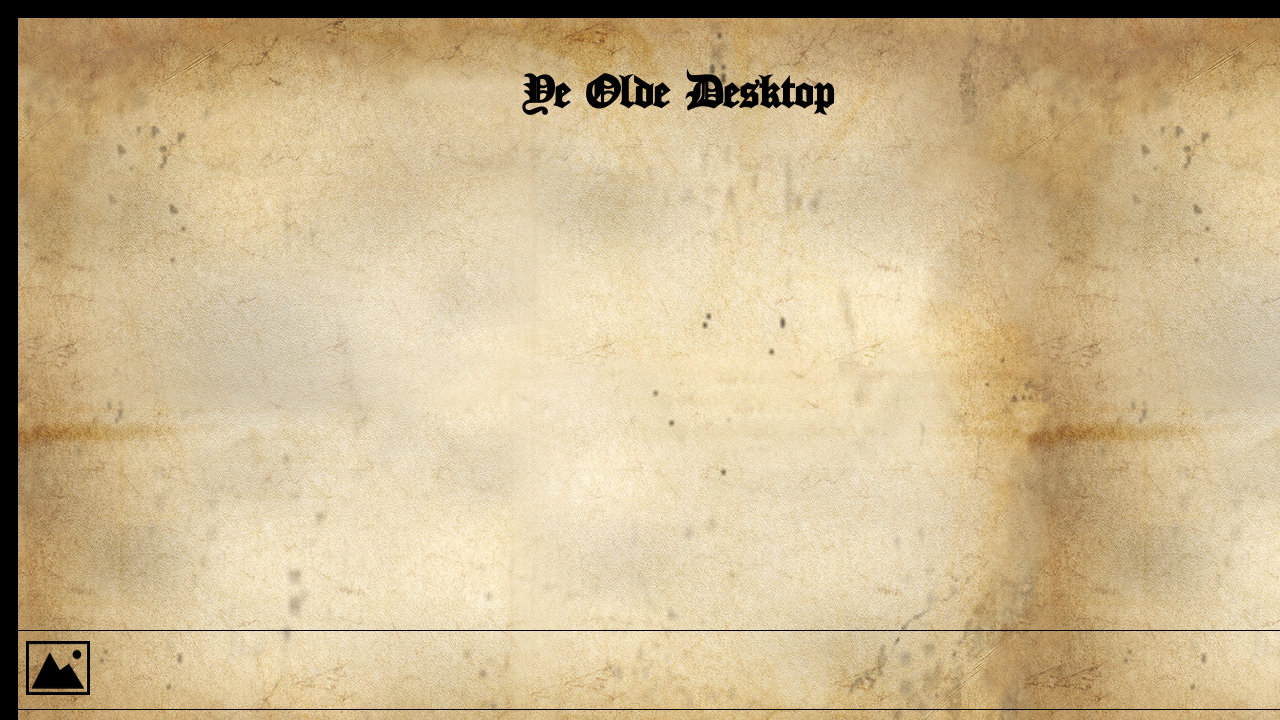
Repository: ma223md/1dv403-laborationer
Page: 5-pwd/index.html
The author's editor kept a record of every edit. The page is drawn from the files as they stood at one moment, then again after the next edit.
The browser window is 1280 px wide. The pictures show the whole page.
After loading, the first visible `img` was clicked once.

Above is the page before.
Console error: ReferenceError: checkName is not defined

After the next edit:
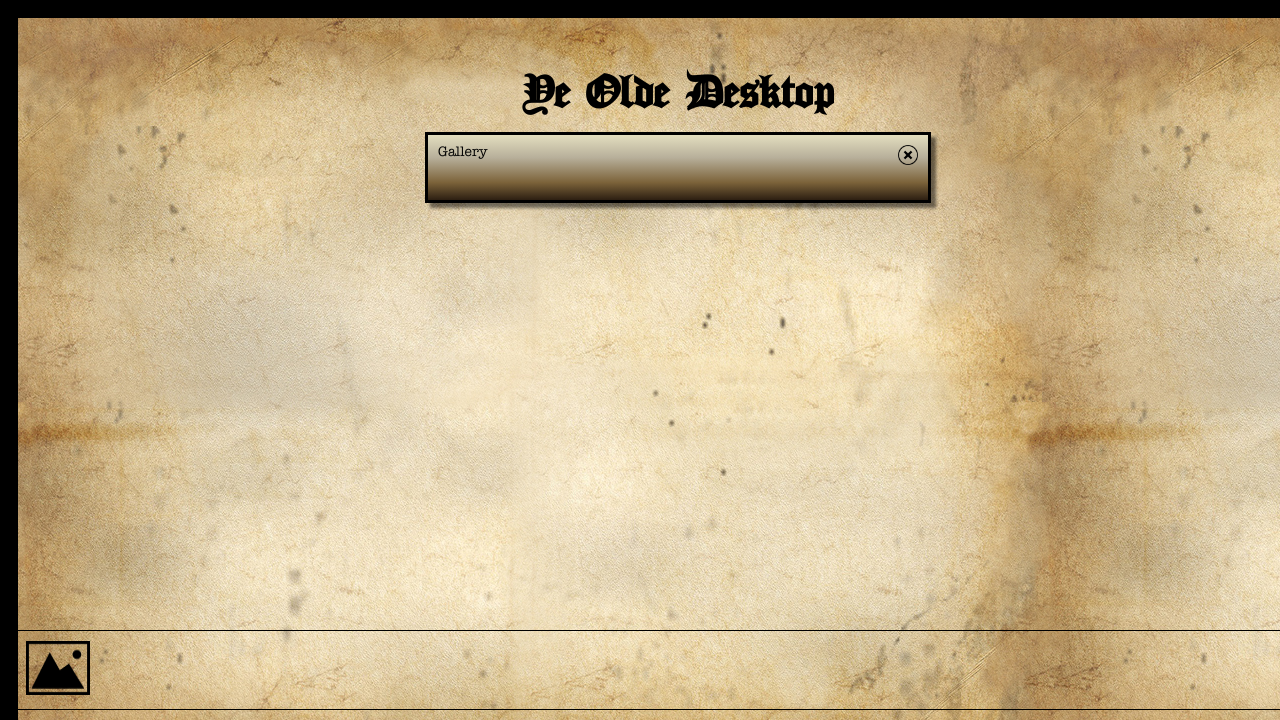
The error is gone.
The edit:
--- a/5-pwd/js/window.js
+++ b/5-pwd/js/window.js
@@ -2,7 +2,7 @@
 
 function Window(desktop, icon, name){
     // check name
-    checkName(name);
+    this.checkName(name);
 
 
     // get window elements
